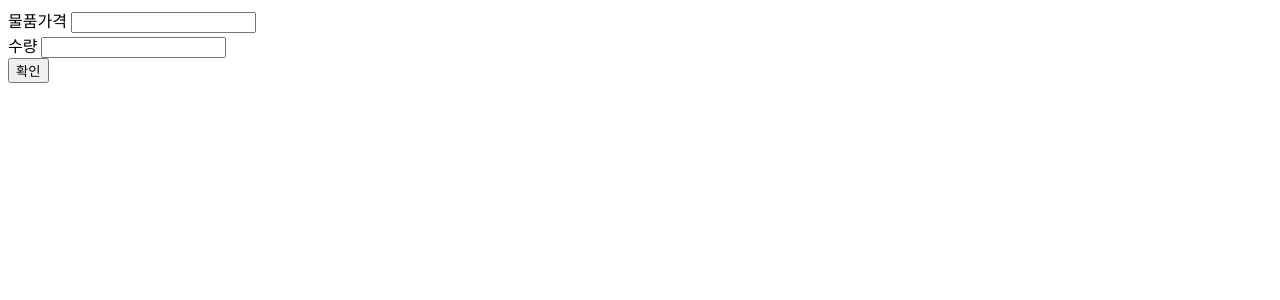
Repository: windy9109/FrontendClass
Page: webpro/src/main/webapp/0225/inputData.html
The author's editor kept a copy of each file at every save. The page is drawn from the files as they stood at one save, then again after the next save.
The browser window is 1280 px wide. The pictures show the whole page.

Above is the page before, as saved 2022-02-25 08:13:15.

After the next save:
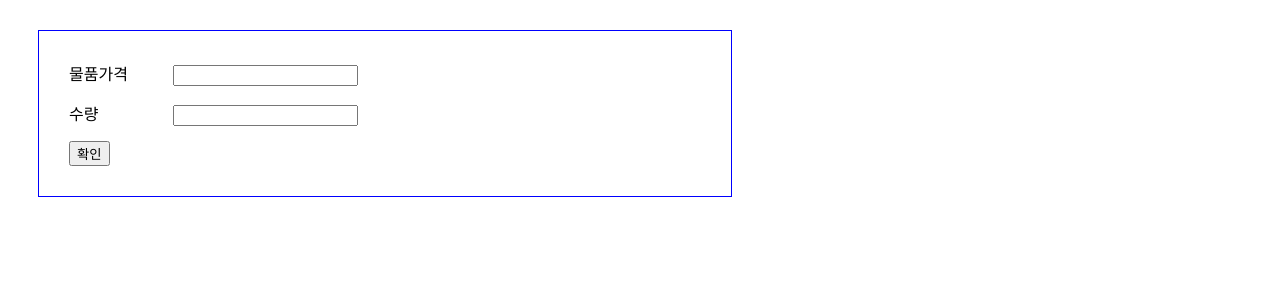
Saved 34 s later.
--- a/webpro/src/main/webapp/0225/inputData.html
+++ b/webpro/src/main/webapp/0225/inputData.html
@@ -3,7 +3,7 @@
 <head>
 <meta charset="UTF-8">
 <title>Insert title here</title>
-<link rel="stylesteet" href="" type="text/css">
+<link rel="stylesheet" href="../css/public.css" type="text/css">
 
 </head>
 <body>
